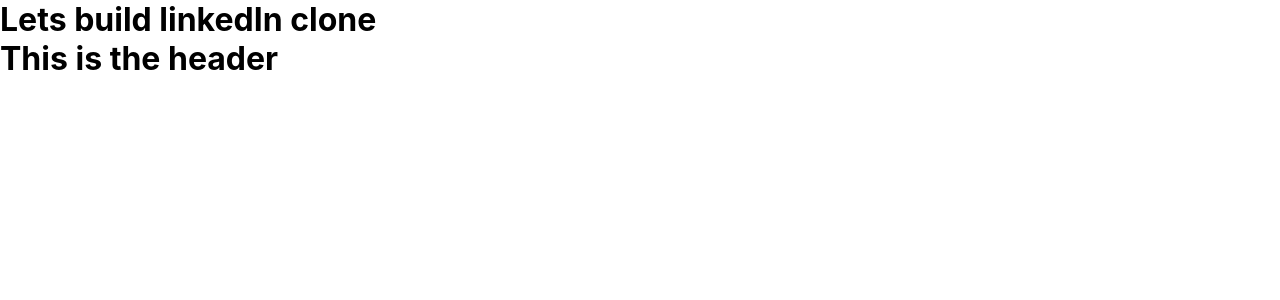
Repository: MEROO1010/linkedIn-clone-
Page: /
An editor plug-in stored every save of this project. The page is shown before and after the next save, followed by the edit.
The browser window is 1280 px wide. The pictures show the whole page.
The project was rebuilt for these pictures with package versions that can differ from the ones it lists, and the page was loaded fresh each time. Also part of the build but not shown: src/App.css, src/Header.css.

Above is the page before, as saved 2023-11-29 12:38:20.

After the next save:
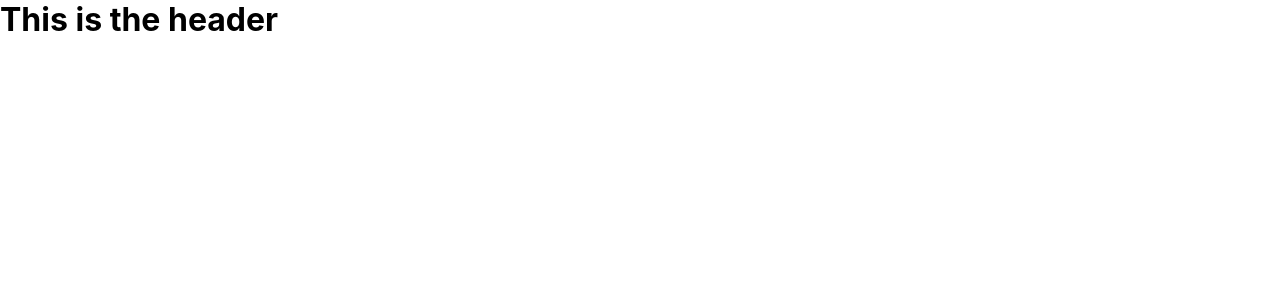
Saved 23 min 42 s later.
--- a/src/App.js
+++ b/src/App.js
@@ -5,7 +5,7 @@
 function App() {
   return (
     <div className="app">
-      <h1>Lets build linkedIn clone</h1>
+
 
       {/* Header*/}
         <Header/>
